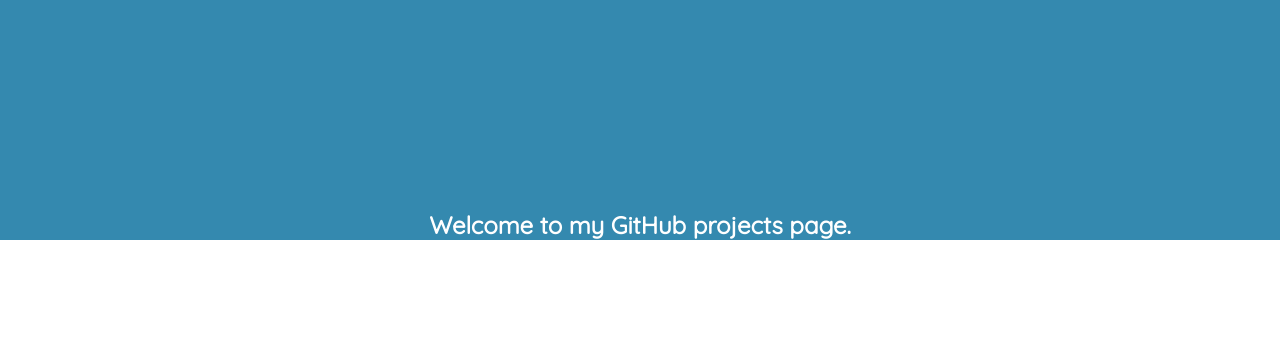
Repository: Booyanach/booyanach.github.io
Page: index.html
The author's editor kept a record of every edit. The page is drawn from the files as they stood at one moment, then again after the next edit.
The browser window is 1280 px wide. The pictures show the whole page.
Some web libraries are served in a nearby version.

Above is the page before.
Console error: SyntaxError: Unexpected token ';'

After the next edit:
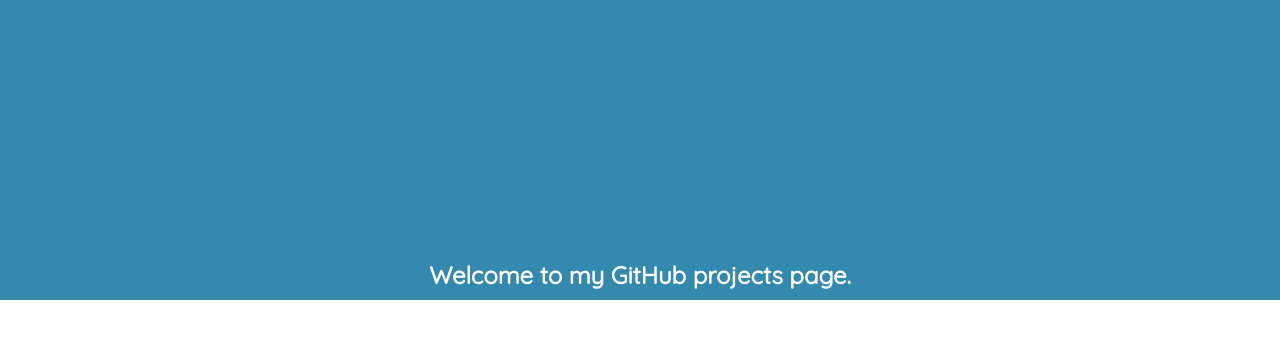
The edit:
--- a/css/booya.css
+++ b/css/booya.css
@@ -21,7 +21,7 @@
     left: 0;
     right: 0;
     position: absolute;
-    padding: 10px
+    padding: 10px;
     padding-top: 50px;
     background-color: #3489AF;
 }
